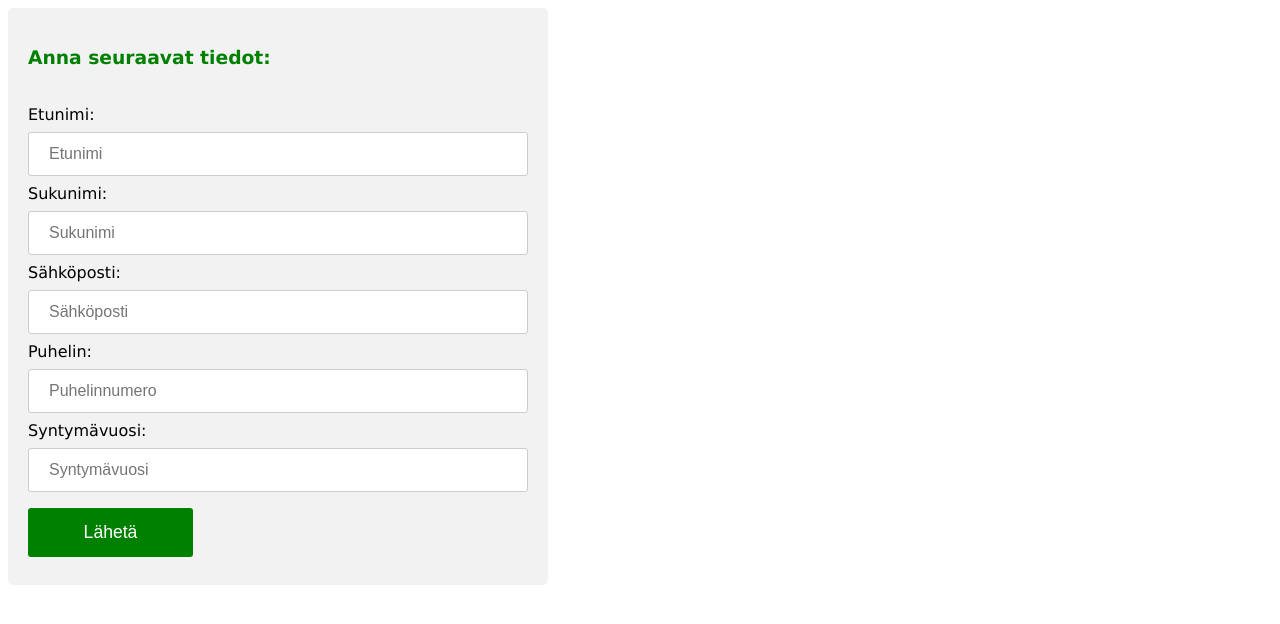
Repository: er-12/tehtava6
Page: http://localhost/t3/kysy.jsp
The author's editor kept a copy of each file at every save. The page is drawn from the files as they stood at one save, then again after the next save.
The browser window is 1280 px wide. The pictures show the whole page.
The page is served by Tomcat 9.

Above is the page before, as saved 2021-04-17 11:33:34.

### t3/WebContent/kysy.jsp
<%@ page language="java" contentType="text/html; charset=UTF-8"
    pageEncoding="UTF-8"%>
<!DOCTYPE html>
<html>
<style>
input[type=text] {
  width: 100%;
  padding: 12px 20px;
  margin: 8px 0;
  display: inline-block;
  border: 1px solid #ccc;
  border-radius: 3px;
  box-sizing: border-box;
  font-size: 100%;
}

input[type=submit] {
  width: 33%;
  text-align: center;
  background-color: green;
  color: white;
  padding: 14px 20px;
  margin: 8px 0;
  border: none;
  border-radius: 3px;
  font-size: 110%;
}
div {
  border-radius: 5px;
  background-color: #f2f2f2;
  padding: 20px;
  width: 500px;
  font-family: Verdana;
}
h3 {
  color: green;
}
</style>
<head>
<meta charset="UTF-8">
<title>Insert title here</title>
</head>
<body>
<div>
<h3>Anna seuraavat tiedot:</h3><br>
<form action="nayta.jsp" method="GET">
	<label for="etunimi">Etunimi:</label><br>
	<input type="text" name="etunimi" placeholder= "Etunimi"><br>
	<label for="fname">Sukunimi:</label><br>
	<input type="text" name="sukunimi" placeholder= "Sukunimi"><br>
	<label for="fname">Sähköposti:</label><br>
	<input type="text" name="sposti" placeholder= "Sähköposti"><br>
	<label for="fname">Puhelin:</label><br>
	<input type="text" name="puhelin" placeholder= "Puhelinnumero"><br>
	<label for="fname">Syntymävuosi:</label><br>
	<input type="text" name="vuosi" placeholder= "Syntymävuosi"><br>
	<input type="submit" value="Lähetä">
</form>
</div>
</body>
</html>
<!-- 2)	Tee sivulle kysy.jsp lomake, jossa pyydät käyttäjltä seuraavat tiedot:
a.	Etunimi
b.	Sukunimi
c.	Sähköposti
d.	Puhelin
e.	Syntymävuosi
 -->

After the next save:
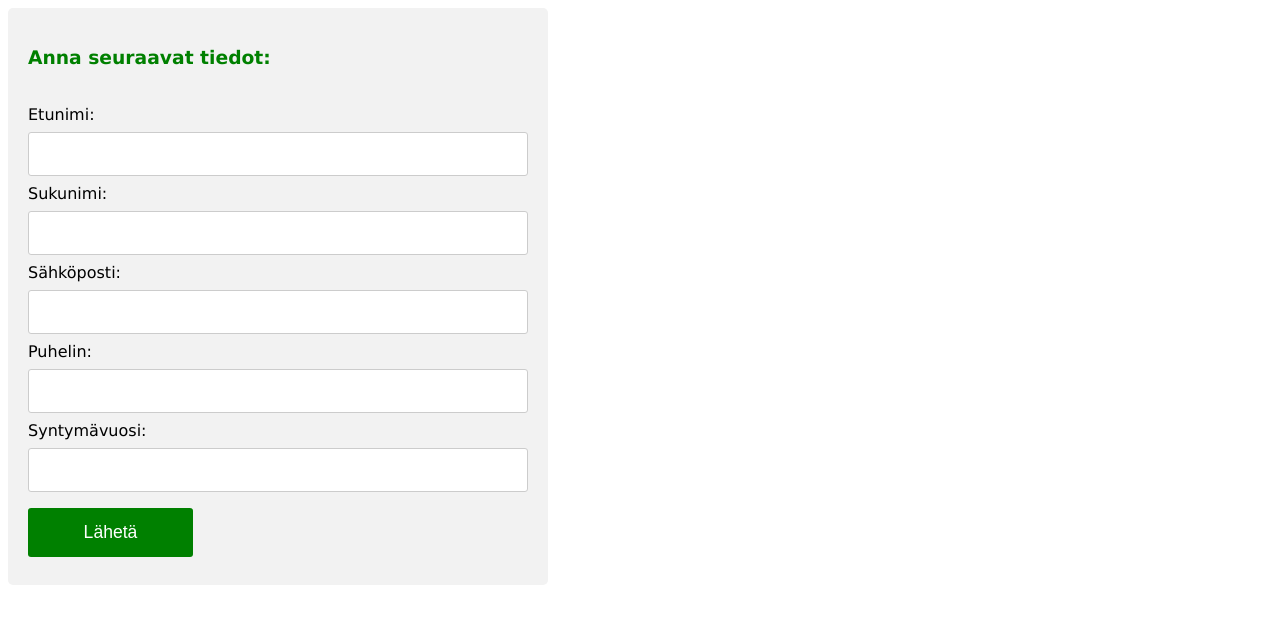
Saved 105 s later.
--- a/t3/WebContent/kysy.jsp
+++ b/t3/WebContent/kysy.jsp
@@ -45,15 +45,15 @@ h3 {
 <h3>Anna seuraavat tiedot:</h3><br>
 <form action="nayta.jsp" method="GET">
 	<label for="etunimi">Etunimi:</label><br>
-	<input type="text" name="etunimi" placeholder= "Etunimi"><br>
+	<input type="text" name="etunimi"><br>
 	<label for="fname">Sukunimi:</label><br>
-	<input type="text" name="sukunimi" placeholder= "Sukunimi"><br>
+	<input type="text" name="sukunimi"><br>
 	<label for="fname">Sähköposti:</label><br>
-	<input type="text" name="sposti" placeholder= "Sähköposti"><br>
+	<input type="text" name="sposti"><br>
 	<label for="fname">Puhelin:</label><br>
-	<input type="text" name="puhelin" placeholder= "Puhelinnumero"><br>
+	<input type="text" name="puhelin"><br>
 	<label for="fname">Syntymävuosi:</label><br>
-	<input type="text" name="vuosi" placeholder= "Syntymävuosi"><br>
+	<input type="text" name="vuosi"><br>
 	<input type="submit" value="Lähetä">
 </form>
 </div>
